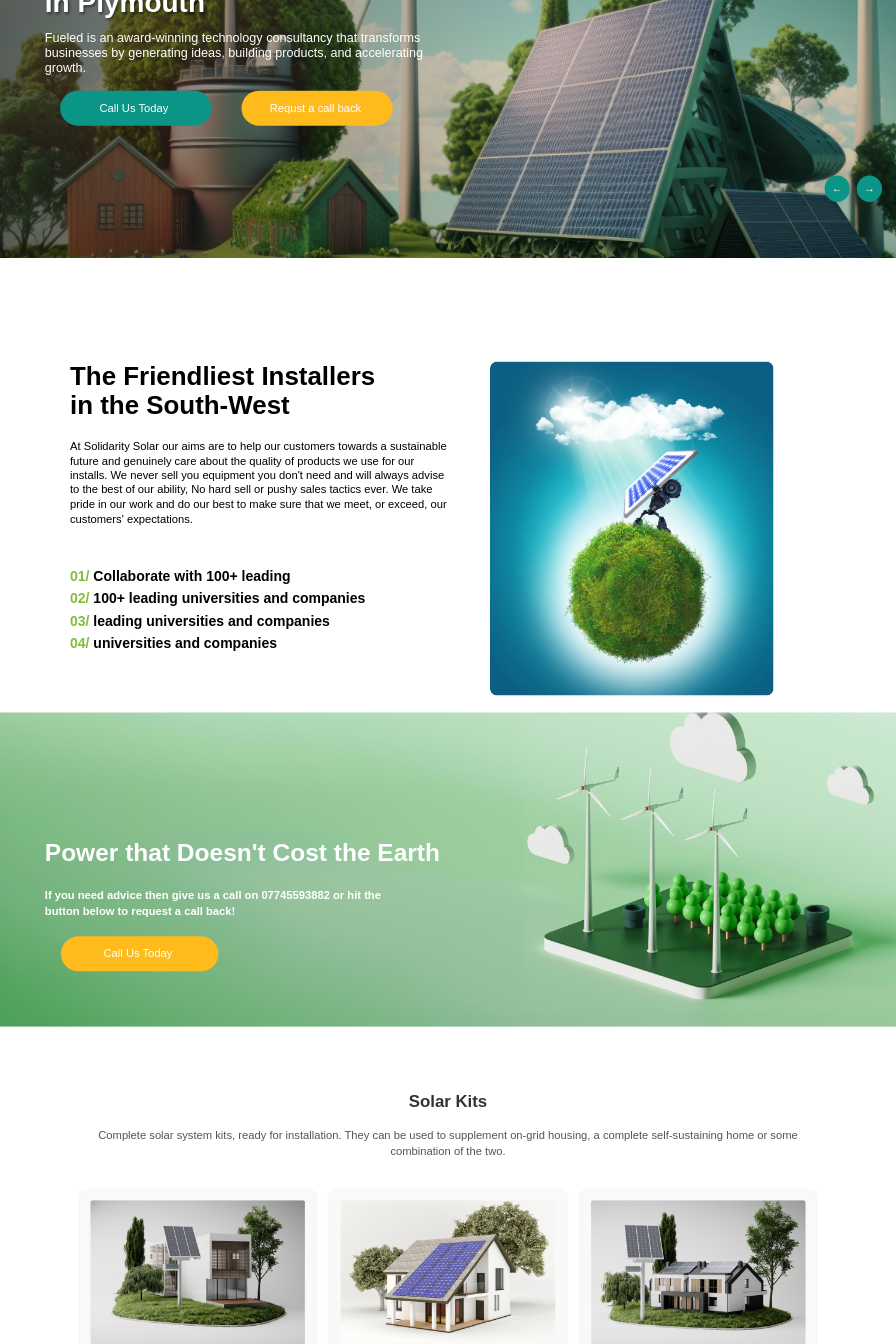
Repository: MaramNabil872/Landing-Page
Page: landingPage.html
The author's editor kept a copy of each file at every save. The page is drawn from the files as they stood at one save, then again after the next save.
The browser window is 1280 px wide. The pictures show the part of the page from y = 412 to 2332 px (the page is 4691 px tall before and 4718 px after), at 70% of full size.
A picture or video elsewhere on the page could not be fetched, so the positions and the page height are approximate.

Above is the page before, as saved 2024-10-22 16:07:32.

After the next save:
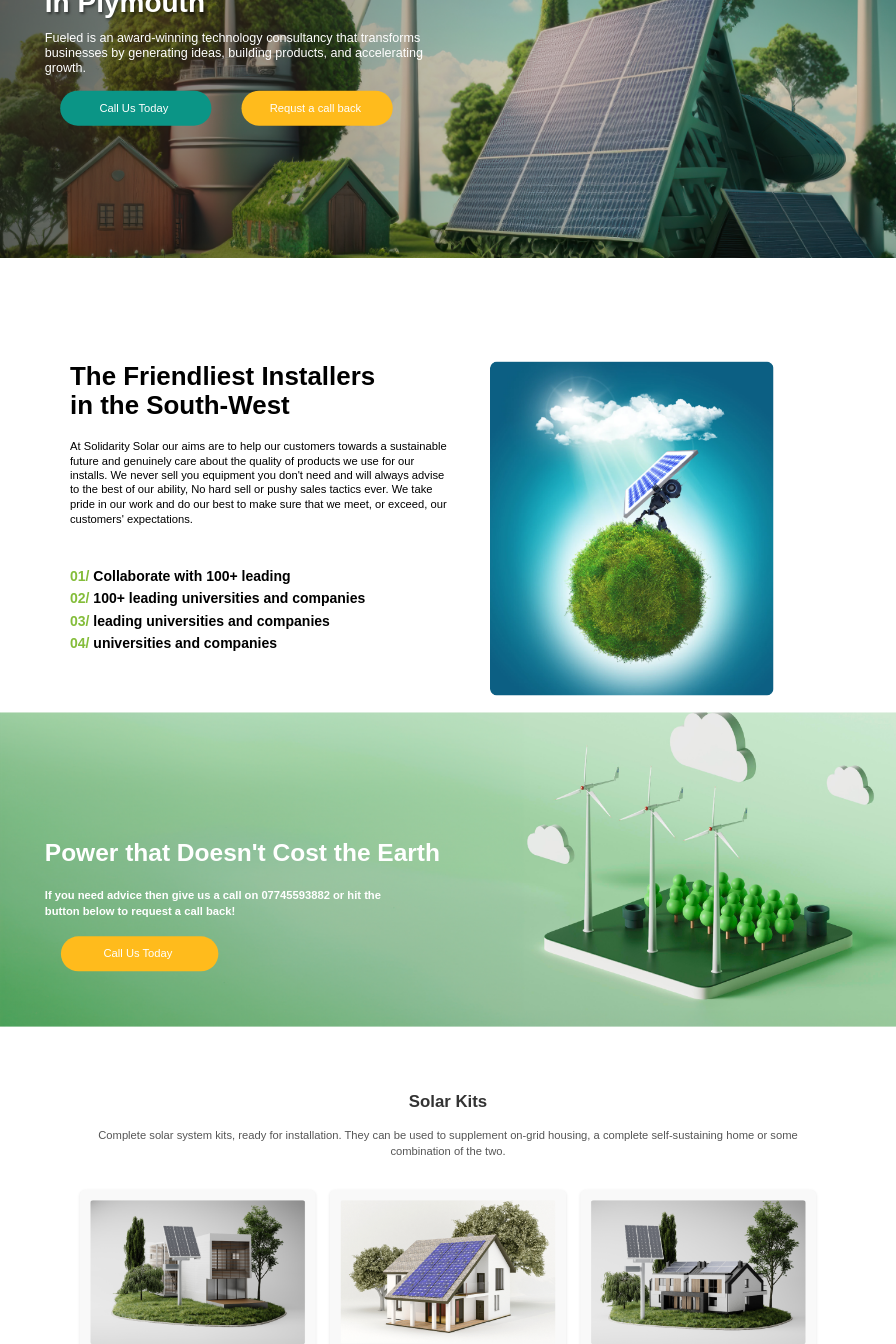
Saved 8 s later.
--- a/landingPage.css
+++ b/landingPage.css
@@ -538,7 +538,7 @@ font-size: 35px;
     margin: 0;
   }
 
-  .testimonial-arrows {
+  .sixth-arrows {
     position: absolute;
     bottom: 20px;
     right: 20px;
